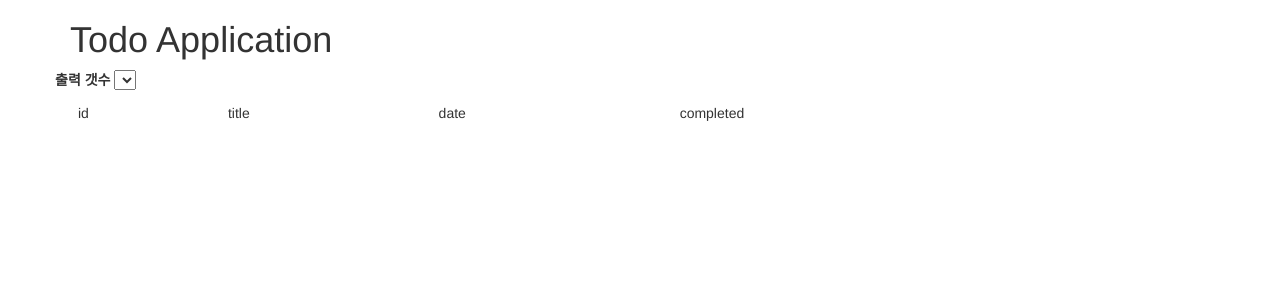
Repository: 92Hjun/spring
Page: http://localhost/spring-angular/home
These files come from the project's save history. The page is drawn as it stood at one moment and after a run of saves; the edit follows.
The browser window is 1280 px wide. The pictures show the whole page.
The page is served by Tomcat 9. Queries for data that is not in the repository find no rows.

Above is the page before, as saved 2017-05-01 06:48:44.

After the next 2 saves:
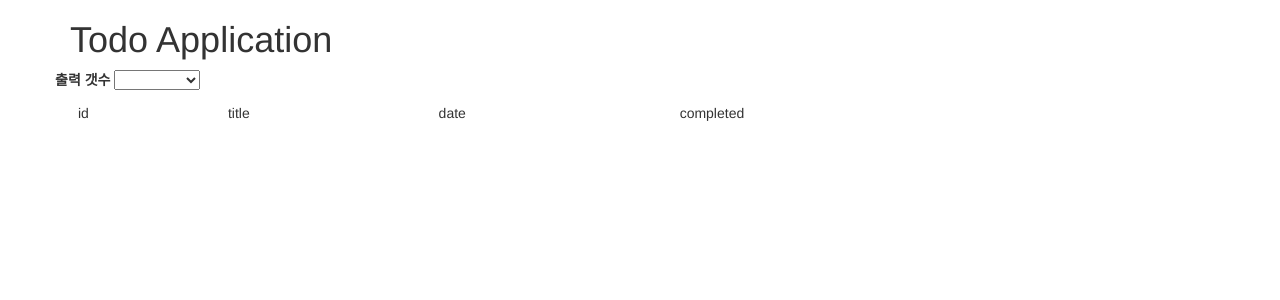
The 2 saves are shown as one change because they came seconds apart.
The last was saved 23 s later.
--- a/spring-angular/src/main/webapp/WEB-INF/views/home.jsp
+++ b/spring-angular/src/main/webapp/WEB-INF/views/home.jsp
@@ -74,7 +74,10 @@
 		<div class="row">
 			<label>출력 갯수</label>
 			<select ng-model="pageSize">
-
+				<option value="5"> 5개씩 보기 </option>
+				<option value="5"> 5개씩 보기 </option>
+				<option value="5"> 5개씩 보기 </option>
+				<option value="5"> 5개씩 보기 </option>
 			</select>
 		</div>
 
